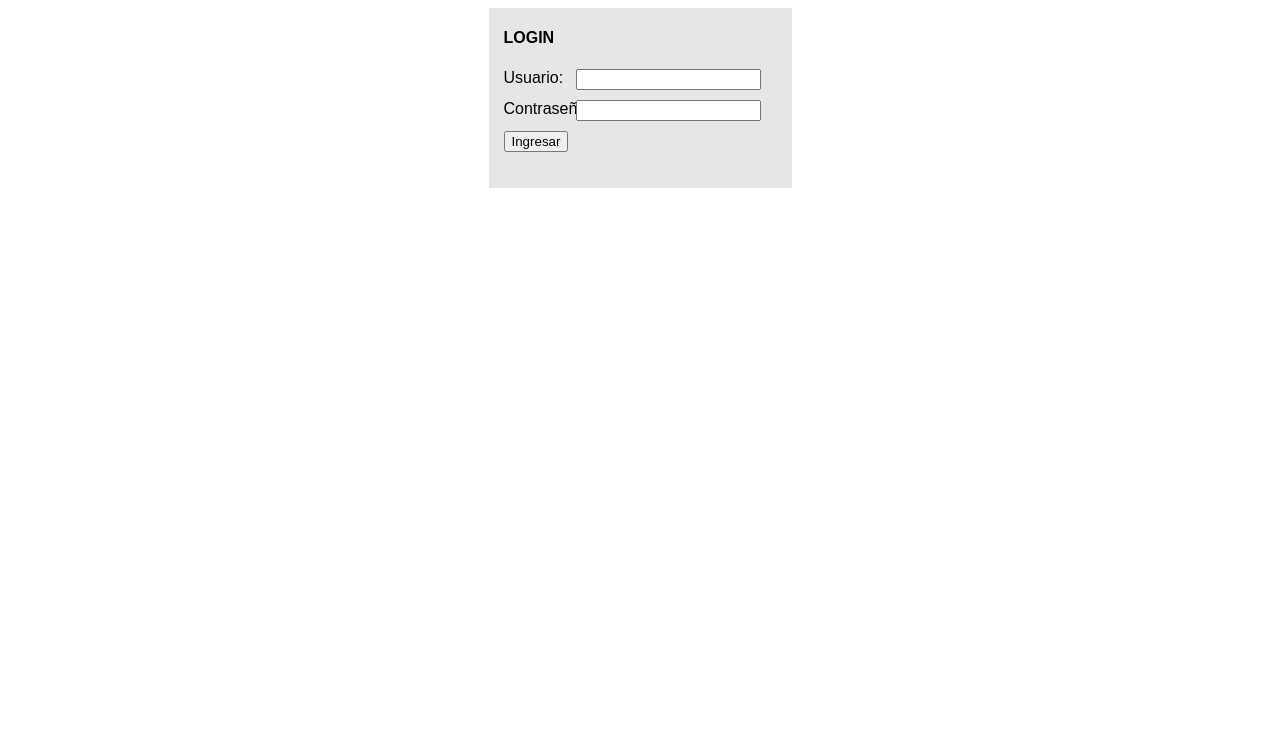
Repository: juanmondragonc/torre-project
Page: http://localhost/torre/login.jsp
An editor plug-in stored every save of this project. The page is shown before and after the next save, followed by the edit.
The browser window is 1280 px wide. The pictures show the whole page.
The page is served by Tomcat 9.

Above is the page before, as saved 2022-08-10 20:48:50.

After the next save:
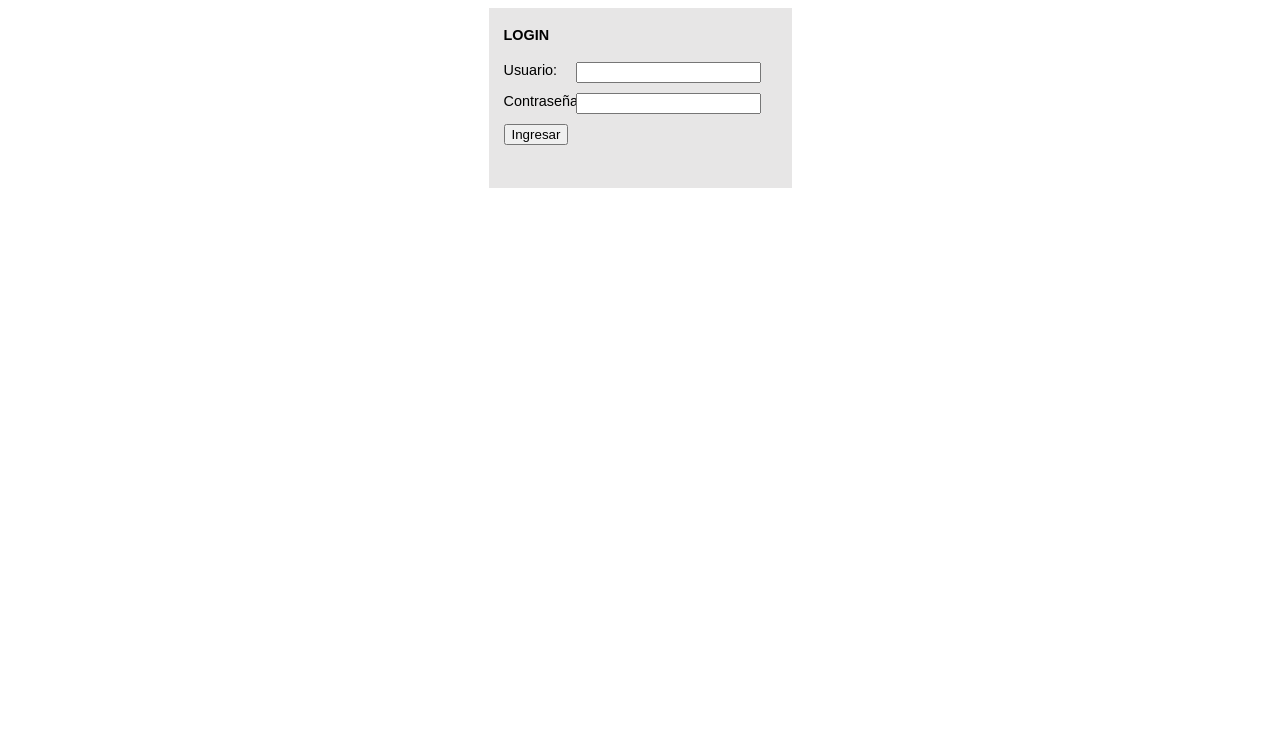
Saved 16 s later.
--- a/torre/src/main/webapp/css/style.css
+++ b/torre/src/main/webapp/css/style.css
@@ -1,6 +1,6 @@
  body {
  	font-family: sans-serif;
- 	font-size: 1em;
+ 	font-size: 0.9em;
 }
  .container {
  	height: 100vh;
